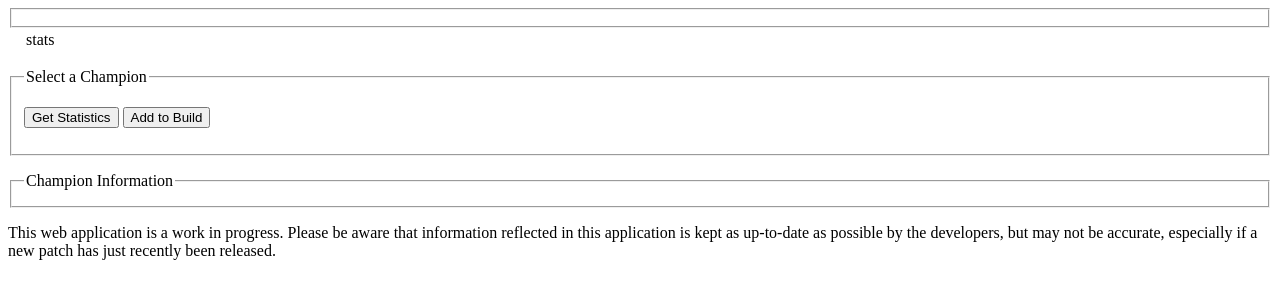
Repository: spencer-carver/lol-db
Page: LOLdb/war/index.html
The author's editor kept a copy of each file at every save. The page is drawn from the files as they stood at one save, then again after the next save.
The browser window is 1280 px wide. The pictures show the whole page.
The page's requests for data from a server got no answer. Some web libraries are served in a nearby version.

Above is the page before, as saved 2013-01-31 18:20:04.

After the next save:
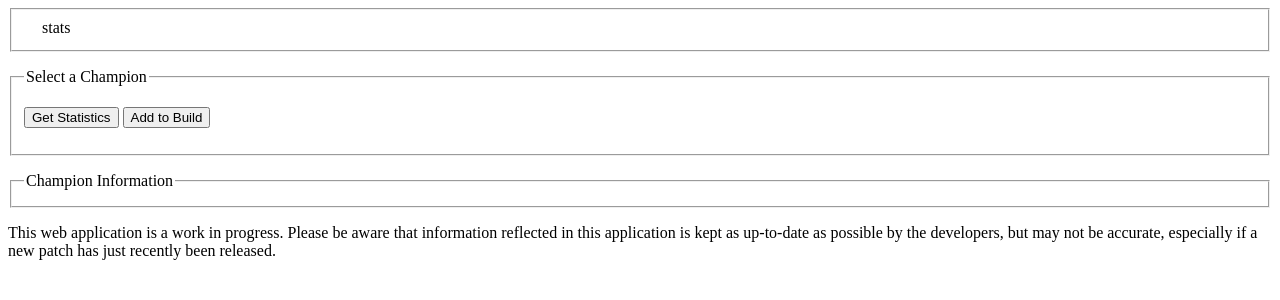
Saved 26 s later.
--- a/LOLdb/war/index.html
+++ b/LOLdb/war/index.html
@@ -1,47 +1,57 @@
 <html>
 <head>
-    <title>League of Legends Theorycraft Tool</title>
+<title>League of Legends Theorycraft Tool</title>
 
-    <link href="http://ajax.googleapis.com/ajax/libs/jqueryui/1.8/themes/base/jquery-ui.css" rel="stylesheet" type="text/css" />
+<link
+	href="http://ajax.googleapis.com/ajax/libs/jqueryui/1.8/themes/base/jquery-ui.css"
+	rel="stylesheet" type="text/css" />
 
-    <script src="http://ajax.googleapis.com/ajax/libs/jquery/1.7.2/jquery.js" type="text/javascript"></script>
-    <script src="http://ajax.googleapis.com/ajax/libs/jqueryui/1.8/jquery-ui.min.js" type="text/javascript"></script>
-    <script type="text/javascript" src="app.js"></script>
+<script
+	src="http://ajax.googleapis.com/ajax/libs/jquery/1.7.2/jquery.js"
+	type="text/javascript"></script>
+<script
+	src="http://ajax.googleapis.com/ajax/libs/jqueryui/1.8/jquery-ui.min.js"
+	type="text/javascript"></script>
+<script type="text/javascript" src="app.js"></script>
 
 </head>
 <body>
-	<table>
+	<fieldset>
+		<table>
+			<tr>
+				<td width="30%"><div id="champion_icon"></div></td>
+				<td width="70%">stats</td>
+			</tr>
+		</table>
+	</fieldset>
+	<form id="get_champion_dropdown"></form>
+	<form id="get_champion_info">
 		<fieldset>
-		<tr>
-			<td width="30%"><div id="champion_icon"></div></td><td width="70%">stats</td>
-		</tr>
+			<legend>Select a Champion</legend>
+
+			<p>
+			<div id="championDropdown"></div>
+			</p>
+			<p>
+				<input id="myButton" type="button" value="Get Statistics" /> <input
+					id="addToBuild" type="button" value="Add to Build" />
+			</p>
 		</fieldset>
-	</table>
- 	<form id="get_champion_dropdown">
-    </form>
-    <form id="get_champion_info">
-        <fieldset>
-            <legend>Select a Champion</legend>
-
-                <p>
-                    <div id="championDropdown"></div>
-                </p>
-                <p>
-                    <input id="myButton" type="button" value="Get Statistics" />
-                    <input id="addToBuild" type="button" value="Add to Build" />
-                </p>
-        </fieldset>
-    </form>
-    <div id="Results">
-        <fieldset>
-            <legend>Champion Information</legend>
-                 <div id="info_pane"></div>
-        </fieldset>
-    </div>
-<footer>
-  <p>This web application is a work in progress.  Please be aware that information reflected in this application is kept as up-to-date as possible
-  by the developers, but may not be accurate, especially if a new patch has just recently been released.</p>
-  <p><time pubdate datetime="2013-01-31"></time></p>
-</footer>
+	</form>
+	<div id="Results">
+		<fieldset>
+			<legend>Champion Information</legend>
+			<div id="info_pane"></div>
+		</fieldset>
+	</div>
+	<footer>
+		<p>This web application is a work in progress. Please be aware
+			that information reflected in this application is kept as up-to-date
+			as possible by the developers, but may not be accurate, especially if
+			a new patch has just recently been released.</p>
+		<p>
+			<time pubdate datetime="2013-01-31"></time>
+		</p>
+	</footer>
 </body>
 </html>
